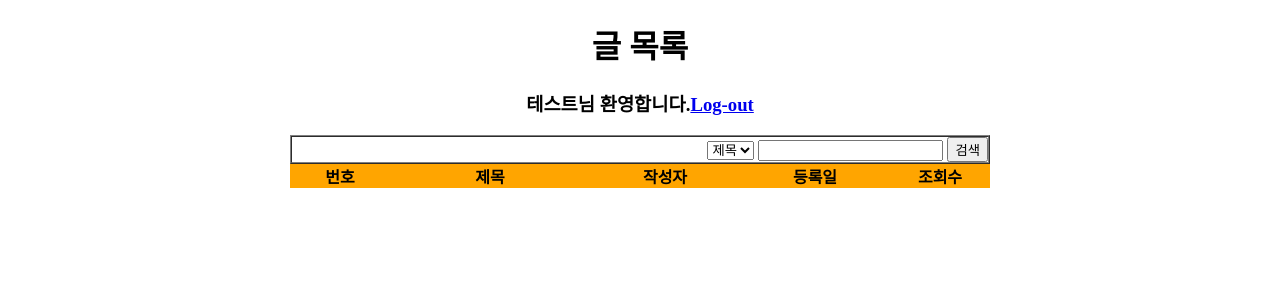
Repository: helena0207/SpringPro
Page: http://localhost/BoardWeb/geBoardList.jsp
The author's editor kept a copy of each file at every save. The page is drawn from the files as they stood at one save, then again after the next save.
The browser window is 1280 px wide. The pictures show the whole page.
The page is served by Tomcat 9. Other server files are loaded and not shown. Queries for data that is not in the repository find no rows.

Above is the page before, as saved 2020-12-02 02:36:48.

### BoardWeb/src/main/webapp/geBoardList.jsp
<%@ page import="java.util.List" %>
<%@ page import="com.springbook.biz.board.impl.BoardDAO" %>
<%@ page import="com.springbook.biz.board.BoardVO" %>
<%@ page language="java" contentType="text/html; charset=EUC-KR"
    pageEncoding="EUC-KR"%>

<%
	//1. 사용자 입력 정보 추출(검색 기능은 나중에 구현)
	//2. DB연동 처리
	BoardVO vo=new BoardVO();
	BoardDAO boardDAO=new BoardDAO();
	List<BoardVO> boardList=boardDAO.getBoardList(vo);

	//3. 응답화면 구성
%>
<!DOCTYPE html>
<html>
<head>
<meta http-equiv="Content-Type" content="text/html; charset=EUC-KR">
<title>글 목록</title>
</head>
<body>
<center>
<h1>글 목록</h1>
<h3>테스트님 환영합니다.<a href="logout_proc.jsp">Log-out</a></h3>

<!-- 검색시작 -->
<form action="getBoardList.jsp" method="post">
<table border="1" cellpadding="0" cellspacing="0" width="700">
<tr>
	<td align="right">
	<select name="searchCondition">
	<option value="TITLE">제목
	<option value="CONTENT">내용
	</select>
	<input name="searchKeyword" type="text"/>
	<input type="submit" value="검색"/>
	</td>
</tr>
</table>
</form>

<!-- 검색 종료 -->
<table board="1" cellpadding="0" cellspacing="0" width="700">
<tr>
	<th bgcolor="orange" width="100">번호</th>
	<th bgcolor="orange" width="200">제목</th>
	<th bgcolor="orange" width="150">작성자</th>
	<th bgcolor="orange" width="150">등록일</th>
	<th bgcolor="orange" width="100">조회수</th>
</tr>
<% for(BoardVO board:boardList){ %>
<tr>
	<td><%=board.getSeq() %></td>
	<td align="left"><a href="getBoard.jsp?seq=<%=board.getSeq() %>"><%= board.getTitle() %></a></td>
	<td><%=board.getWriter() %></td>
	<td><%=board.getRegDate() %></td>
	<td><%=board.getCnt() %></td>
</tr>
<%} %>
</table>
</center>

</body>
</html>

### BoardWeb/src/main/java/com/springbook/biz/board/BoardVO.java
package com.springbook.biz.board;

import java.sql.Date;

public class BoardVO {
	private int seq;
	private String title;
	private String writer;
	private String content;
	private Date regDate;
	private int cnt;

	public int getSeq() {
		return seq;
	}
	public void setSeq(int seq) {
		this.seq = seq;
	}
	public String getTitle() {
		return title;
	}
	public void setTitle(String title) {
		this.title = title;
	}
	public String getWriter() {
		return writer;
	}
	public void setWriter(String writer) {
		this.writer = writer;
	}
	public String getContent() {
		return content;
	}
	public void setContent(String content) {
		this.content = content;
	}
	public Date getRegDate() {
		return regDate;
	}
	public void setRegDate(Date regDate) {
		this.regDate = regDate;
	}
	public int getCnt() {
		return cnt;
	}
	public void setCnt(int cnt) {
		this.cnt = cnt;
	}
	@Override
	public String toString() {
		return "BoardVO [seq=" + seq + ", title=" + title + ", writer=" + writer + ", content=" + content + ", regDate="
				+ regDate + ", cnt=" + cnt + "]";
	}
}

### BoardWeb/src/main/java/com/springbook/biz/board/impl/BoardDAO.java
package com.springbook.biz.board.impl;

import java.sql.Connection;
import java.sql.PreparedStatement;
import java.sql.ResultSet;
import java.util.ArrayList;
import java.util.List;

import org.springframework.stereotype.Repository;

import com.springbook.biz.board.BoardVO;
import com.springbook.biz.common.JDBCUtil;

//DAO(data access Object)
@Repository("boardDAO") //클래스 객체 이름 첫글자를 소문자로 변경한다. 기본 생성자가 있어야 한다.
public class BoardDAO {
	//JDBC 관련 변수
	private Connection conn=null;
	private PreparedStatement stmt=null;
	private ResultSet rs=null;

	//SQL 명령어들
	private final String BOARD_INSERT="insert into board(seq, title, writer,content) values((select nvl(max(seq),0)+1 from board),?,?,?)";
	private final String BOARD_UPDATE="update board set title=?, content=? where seq=?";
	private final String BOARD_DELETE="delete board where seq=?";
	private final String BOARD_GET="select * from board where seq=?";
	private final String BOARD_LIST="select * from board order by seq desc limit 5";

	//CRUD기능의 메소드 구현
	//글 등록
	public void insertBoard(BoardVO vo) {
		System.out.println("==>JDBC로 insertBoard() 기능 처리");
		try {
			conn=JDBCUtil.getConnection();
			stmt=conn.prepareStatement(BOARD_INSERT);
			stmt.setString(1,  vo.getTitle());
			stmt.setString(2, vo.getWriter());
			stmt.setString(3, vo.getContent());
			stmt.executeUpdate();

		}catch(Exception e){
			e.printStackTrace();
		}finally {
			JDBCUtil.close(stmt, conn);
		}
	}
	//글 수정
	public void updateBoard(BoardVO vo) {
		System.out.println("==>JDBC로 updateBoard()기능 처리");
		try {
			conn=JDBCUtil.getConnection();
			stmt=conn.prepareStatement(BOARD_UPDATE);
			stmt.setString(1, vo.getTitle());
			stmt.setString(2, vo.getWriter());
			stmt.setString(3, vo.getContent());
			stmt.executeUpdate();
		}catch (Exception e) {
			e.printStackTrace();
		}finally {
			JDBCUtil.close(stmt, conn);
		}
	}
	//글 삭제
	public void deleteBoard(BoardVO vo) {
		System.out.println("==>JDBC로 deleteBoard()기능 처리");
		try {
			conn=JDBCUtil.getConnection();
			stmt=conn.prepareStatement(BOARD_DELETE);
			stmt.setInt(1,vo.getSeq());
			stmt.executeUpdate();
		}catch (Exception e) {
			e.printStackTrace();
		}finally {
			JDBCUtil.close(stmt, conn);
		}
	}
	//글 상세 조회
	public BoardVO getBoard(BoardVO vo) {
		System.out.println("==> JDBC로 getBoard()기능 처리");
		BoardVO board=null;
		try {
			conn=JDBCUtil.getConnection();
			stmt=conn.prepareStatement(BOARD_GET);
			stmt.setInt(1, vo.getSeq());
			rs=stmt.executeQuery();
			if(rs.next()) {
				board=new BoardVO();
				board.setSeq(rs.getInt("SEQ"));
				board.setTitle(rs.getString("TITLE"));
				board.setWriter(rs.getString("WRITER"));
				board.setContent(rs.getString("CONTENT"));
				board.setRegDate(rs.getDate("REGDATE"));
				board.setCnt(rs.getInt("CNT"));
			}
		}catch(Exception e) {
			e.printStackTrace();
		}finally {
			JDBCUtil.close(rs, stmt, conn);
		}
		return board;
	}
	//글 목록 조회
	public List<BoardVO> getBoardList(BoardVO vo){
		System.out.println("==>JDBC로 getBoardList() 기능 처리");
		List<BoardVO> boardList=new ArrayList<BoardVO>();
		try {
			conn=JDBCUtil.getConnection();
			stmt=conn.prepareStatement(BOARD_LIST);
			rs=stmt.executeQuery();
			while(rs.next()) {
				BoardVO board=new BoardVO();
				board.setSeq(rs.getInt("SEQ"));
				board.setTitle(rs.getString("TITLE"));
				board.setWriter(rs.getString("WRITER"));
				board.setContent(rs.getString("CONTENT"));
				board.setRegDate(rs.getDate("REGDATE"));
				board.setCnt(rs.getInt("CNT"));
				boardList.add(board);
			}
		}catch(Exception e) {
			e.printStackTrace();
		}finally {
			JDBCUtil.close(rs, stmt, conn);
		}
		return boardList;
	}
}

### BoardWeb/src/main/java/com/springbook/biz/common/JDBCUtil.java
package com.springbook.biz.common;

import java.sql.Connection;
import java.sql.DriverManager;
import java.sql.PreparedStatement;
import java.sql.ResultSet;


public class JDBCUtil {
	public static Connection getConnection() {
		try {
			Class.forName("org.h2.Driver");
			return DriverManager.getConnection("jdbc:h2:tcp://localhost/~/test", "sa","");
		}catch(Exception e) {
			e.printStackTrace();
		}
		return null;
	}
	public static void close(PreparedStatement stmt, Connection conn) {
		if(stmt !=null) {
			try {
				if(!stmt.isClosed()) stmt.close();
			}catch (Exception e) {
				e.printStackTrace();
			}finally {
				stmt=null;
			}
		}

		if(conn !=null) {
			try {
				if(!conn.isClosed()) conn.close();
			}catch (Exception e) {
				e.printStackTrace();
			}finally {
				conn=null;
			}
		}
	}
	public static void close(ResultSet rs, PreparedStatement stmt, Connection conn) {
		if(rs !=null) {
			try {
				if(!rs.isClosed()) rs.close();
			}catch(Exception e) {
				e.printStackTrace();
			}finally {
				rs=null;
			}
		}
		if(stmt !=null) {
			try {
				if(!stmt.isClosed()) stmt.close();
			}catch(Exception e) {
				e.printStackTrace();
			}finally {
				stmt=null;
			}
		}
		if(conn !=null) {
			try {
				if(!conn.isClosed()) conn.close();
			}catch(Exception e) {
				e.printStackTrace();
			}finally {
				conn=null;
			}
		}
	}
}

After the next save:
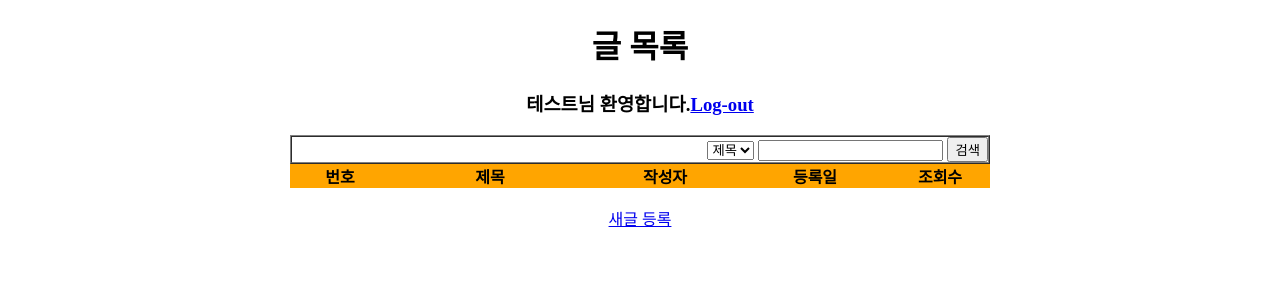
Saved 57 s later.
--- a/BoardWeb/src/main/webapp/geBoardList.jsp
+++ b/BoardWeb/src/main/webapp/geBoardList.jsp
@@ -59,6 +59,8 @@
 </tr>
 <%} %>
 </table>
+<br>
+<a href="insertBoard.jsp">새글 등록</a>
 </center>
 
 </body>
